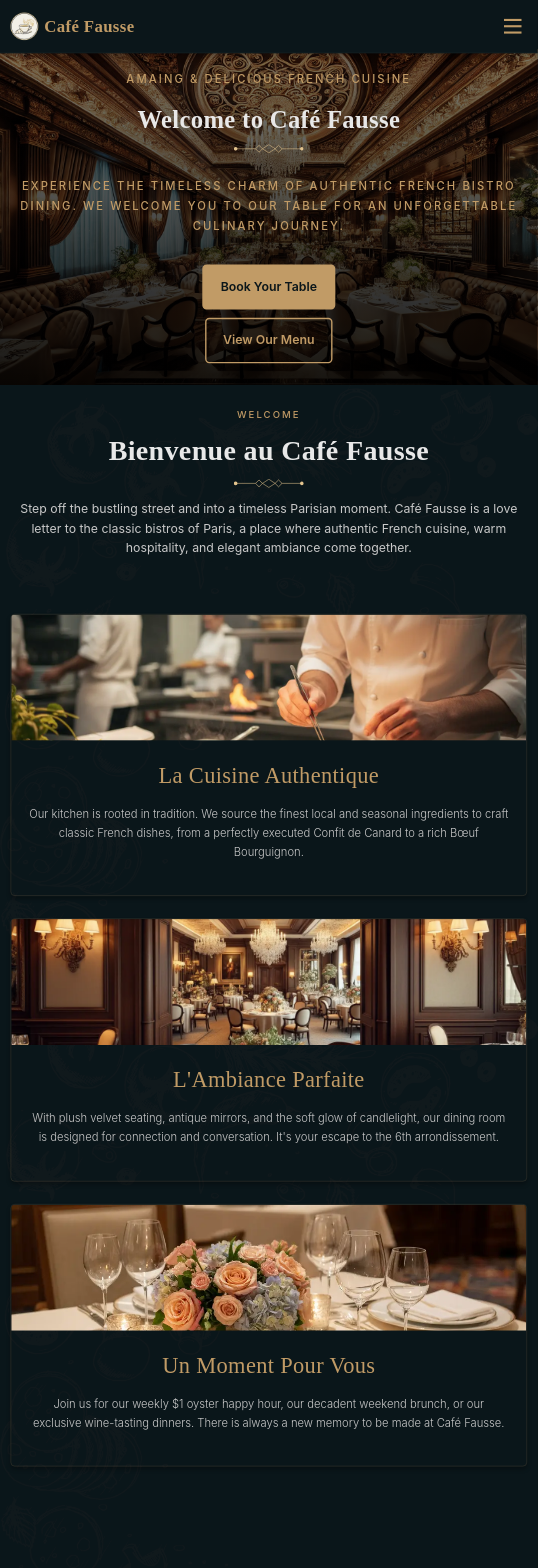
Repository: MatVanDenArt/MSSE-Cafe-Fausse
Page: / (app in frontend/)
These files come from the project's save history. The page is drawn as it stood at one moment and after the next save; the edit follows.
The browser window is 768 px wide. The pictures show the part of the page from y = 0 to 2240 px (the page is 4549 px tall before and 4469 px after), at 70% of full size.
Backgrounds fixed to the window are drawn as part of the page. The project was rebuilt for these pictures with package versions that can differ from the ones it lists, and the page was loaded fresh each time. Also part of the build but not shown: frontend/src/pages/Menu.js, frontend/src/pages/Reservations.css, frontend/src/pages/Reservations.js, frontend/src/pages/About.js, frontend/src/pages/Gallery.js.

Above is the page before, as saved 2025-11-06 18:56:35.

After the next save:
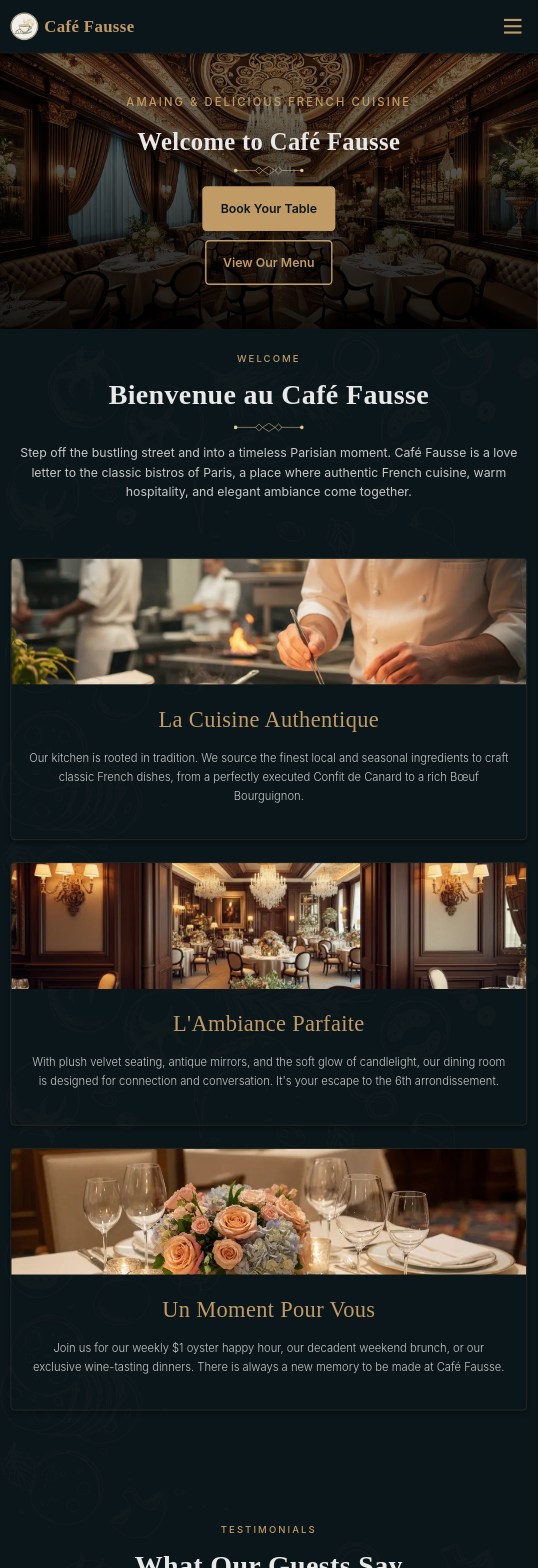
Saved 88 s later.
--- a/frontend/src/pages/Home.css
+++ b/frontend/src/pages/Home.css
@@ -313,8 +313,8 @@
     padding: 0 1rem;
   }
 
-  .hero-description {
-    display: none; /* Hide entire hero description on mobile */
+  .hero-content .hero-description {
+    display: none !important; /* Hide entire hero description on mobile */
   }
 
   .hero-buttons {
